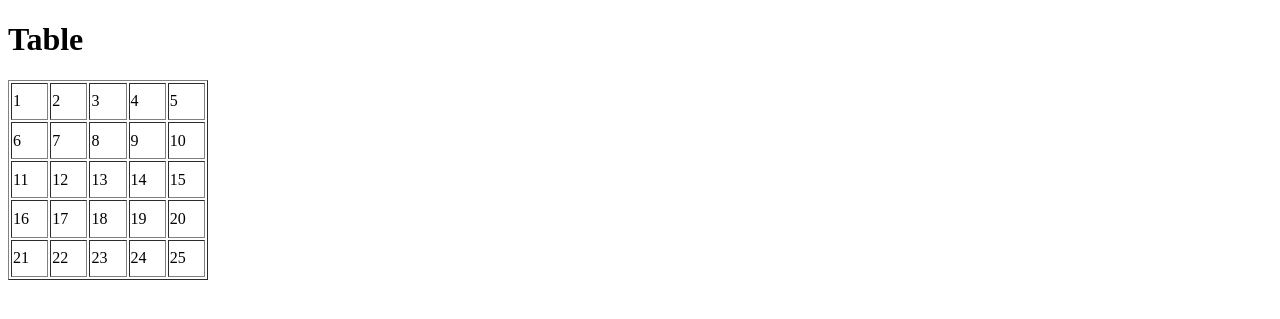
Repository: dnjs0/HCJ
Page: ClientTest/src/main/webapp/html/q10.html
An editor plug-in stored every save of this project. The page is shown before and after the next save, followed by the edit.
The browser window is 1280 px wide. The pictures show the whole page.

Above is the page before, as saved 2025-02-12 07:40:35.

### ClientTest/src/main/webapp/html/q10.html
<!DOCTYPE html>
<html lang="ko">
<head>
	<meta charset="UTF-8">
	<title>Insert title here</title>
</head>
<body>
    <h1>Table</h1>

    <table border="1" width="200" height="200">
        <tr>
            <td>1</td>
            <td>2</td>
            <td>3</td>
            <td>4</td>
            <td>5</td>
        </tr>
        <tr>
            <td>6</td>
            <td>7</td>
            <td>8</td>
            <td>9</td>
            <td>10</td>
        </tr>
        <tr>
            <td>11</td>
            <td>12</td>
            <td>13</td>
            <td>14</td>
            <td>15</td>
        </tr>
        <tr>
            <td>16</td>
            <td>17</td>
            <td>18</td>
            <td>19</td>
            <td>20</td>
        </tr>
        <tr>
            <td>21</td>
            <td>22</td>
            <td>23</td>
            <td>24</td>
            <td>25</td>
        </tr>
    </table>
</body>
</html>

After the next save:
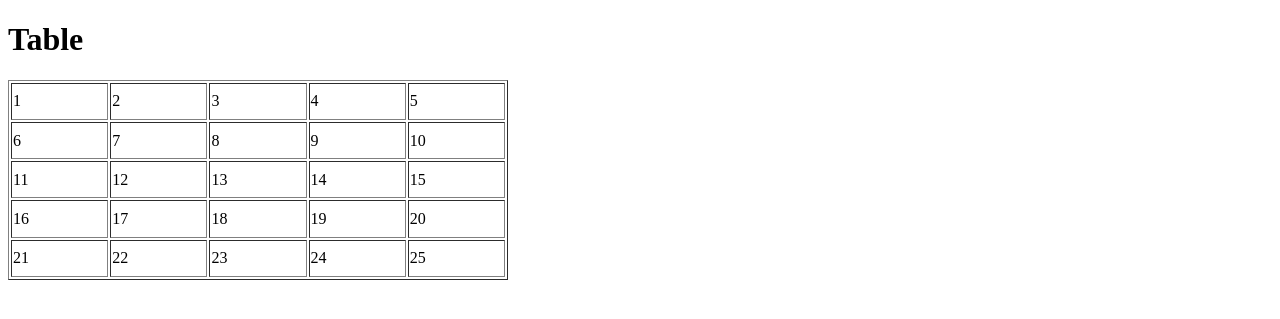
Saved 12 s later.
--- a/ClientTest/src/main/webapp/html/q10.html
+++ b/ClientTest/src/main/webapp/html/q10.html
@@ -7,7 +7,7 @@
 <body>
     <h1>Table</h1>
 
-    <table border="1" width="200" height="200">
+    <table border="1" width="500" height="200">
         <tr>
             <td>1</td>
             <td>2</td>
